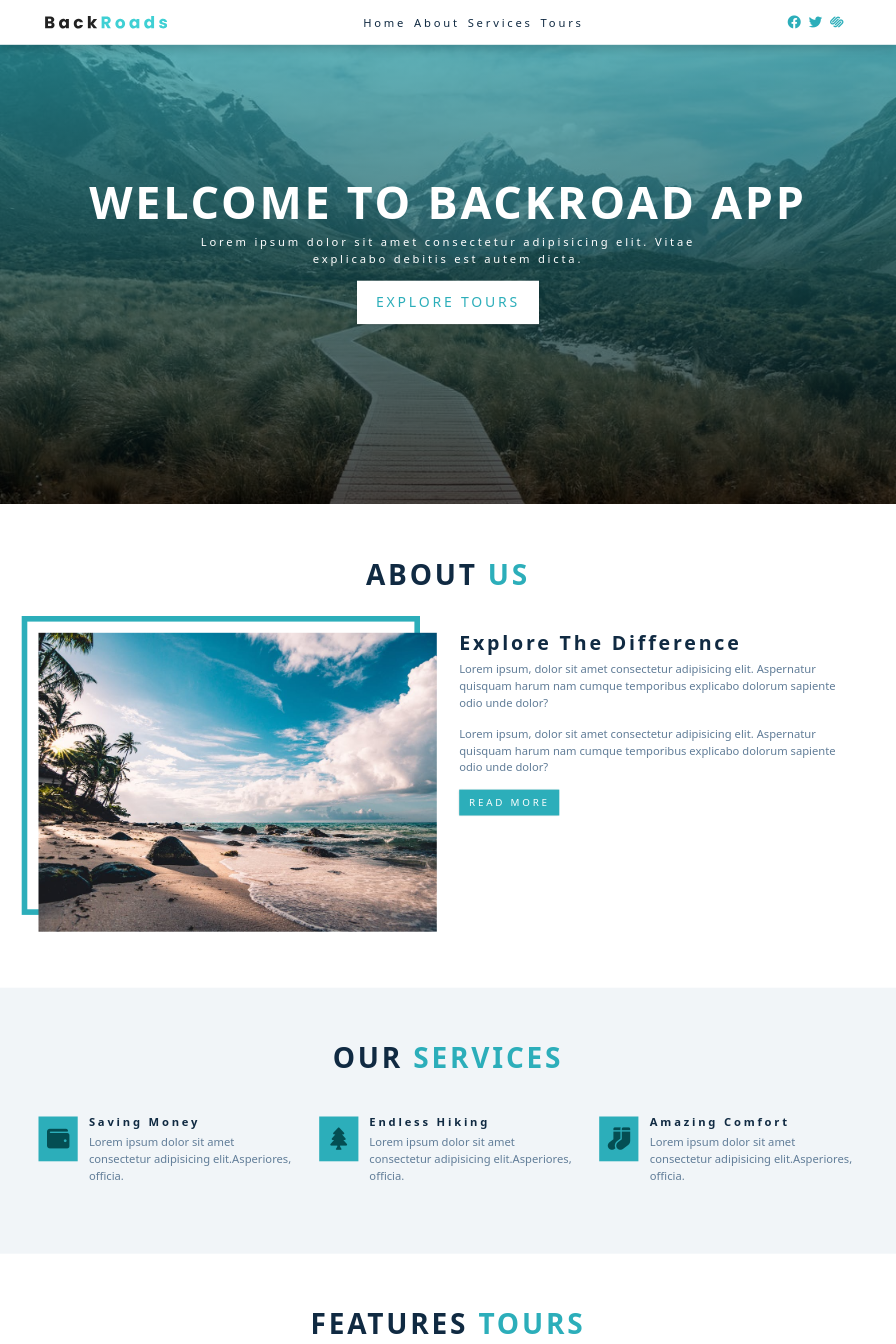
Repository: shivyank121/backRoad-app
Page: /
The author's editor kept a copy of each file at every save. The page is drawn from the files as they stood at one save, then again after the next save.
The browser window is 1280 px wide. The pictures show the part of the page from y = 0 to 1920 px (the page is 3363 px tall), at 70% of full size.
Some web libraries are served in a nearby version. The project was rebuilt for these pictures with package versions that can differ from the ones it lists, and the page was loaded fresh each time.

Above is the page before, as saved 2023-08-21 19:07:31.

### public/index.html
<!DOCTYPE html>
<html lang="en">
  <head>
    <meta charset="utf-8" />
    <link rel="icon" href="%PUBLIC_URL%/favicon.ico" />
    <meta name="viewport" content="width=device-width, initial-scale=1" />
    <meta name="theme-color" content="#000000" />
    <meta
      name="description"
      content="Web site created using create-react-app"
    />
    <link rel="apple-touch-icon" href="%PUBLIC_URL%/logo192.png" />
    <!--
      manifest.json provides metadata used when your web app is installed on a
      user's mobile device or desktop. See https://developers.google.com/web/fundamentals/web-app-manifest/
    -->
    <link rel="manifest" href="%PUBLIC_URL%/manifest.json" />
    <!--
      Notice the use of %PUBLIC_URL% in the tags above.
      It will be replaced with the URL of the `public` folder during the build.
      Only files inside the `public` folder can be referenced from the HTML.

      Unlike "/favicon.ico" or "favicon.ico", "%PUBLIC_URL%/favicon.ico" will
      work correctly both with client-side routing and a non-root public URL.
      Learn how to configure a non-root public URL by running `npm run build`.
    -->

    <link
    rel="stylesheet"
    href="https://cdnjs.cloudflare.com/ajax/libs/font-awesome/5.12.0/css/all.min.css"
    integrity="sha512-c93ifPoTvMdEJH/rKIcBx//AL1znq9+4/RmMGafI/vnTFe/dKwnn1uoeszE2zJBQTS1Ck5CqSBE+34ng2PthJg=="
    crossorigin="anonymous"
    referrerpolicy="no-referrer"
  />

    <title>Backroad </title>
  </head>
  <body>
    <noscript>You need to enable JavaScript to run this app.</noscript>
    <div id="root"></div>
    <!--
      This HTML file is a template.
      If you open it directly in the browser, you will see an empty page.

      You can add webfonts, meta tags, or analytics to this file.
      The build step will place the bundled scripts into the <body> tag.

      To begin the development, run `npm start` or `yarn start`.
      To create a production bundle, use `npm run build` or `yarn build`.
    -->
  </body>
</html>

### src/App.js
import { About } from "./components/About";
import { Footer } from "./components/Footer";
import { Hero } from "./components/Hero";
import { Navbar } from "./components/Navbar";
import { Services } from "./components/Services";
import { Tours } from "./components/Tours";

function App() {
  return (
    <>
      <Navbar />
      <Hero />
      <About />
      <Services />
      <Tours />
      <Footer />
    </>
  );
}

export default App;

### src/components/About.js
import React from 'react'
import aboutImg from "../images/about.jpeg"
import Title from './Title'

export const About = () => {
  return (

    <section className="section" id="about">

        <Title title='about' subtitle='us' />

      <div className="section-center about-center">
        <div className="about-img">
          <img
            src={aboutImg}
            className="about-photo"
            alt="awesome beach"
          />
        </div>
        <article className="about-info">
          <h3>explore the difference</h3>
          <p>
            Lorem ipsum, dolor sit amet consectetur adipisicing elit. Aspernatur
            quisquam harum nam cumque temporibus explicabo dolorum sapiente odio
            unde dolor?
          </p>
          <p>
            Lorem ipsum, dolor sit amet consectetur adipisicing elit. Aspernatur
            quisquam harum nam cumque temporibus explicabo dolorum sapiente odio
            unde dolor?
          </p>
          <a href="#to" className="btn"  >read more</a>
        </article>
      </div>
    </section>
  )
}

### src/components/Footer.js
import React from "react";
import { pageLinks, socialLinks } from "../data";
import Sociallinks from "./Sociallinks";
import Navlinks from "./Navlinks";

export const Footer = () => {
  return (
    <footer className="section footer">

        <Navlinks parentClass="footer-links"  itemClass="footer-link" />

      <ul className="footer-icons">
        {socialLinks.map((link) => {
          return (
            <Sociallinks key={link.id} {...link} itemClass="footer-icon" />
          );
        })}
      </ul>
      <p className="copyright">
        copyright &copy; Backroads App tours company 2023
        <span id="date"></span> all rights reserved
      </p>
    </footer>
  );
};

### src/components/Hero.js
import React from 'react'

export const Hero = () => {
  return (
    <section className="hero" id="home">
      <div className="hero-banner">
        <h1>Welcome to Backroad App</h1>
        <p>
          Lorem ipsum dolor sit amet consectetur adipisicing elit. Vitae
          explicabo debitis est autem dicta.
        </p>
        <a href="#tours" className="btn hero-btn">explore tours</a>
      </div>
    </section>

  )
}

### src/components/Navbar.js
import React from "react";
import logo from "../images/logo.svg";
import {  socialLinks } from "../data";
import Sociallinks from "./Sociallinks";
import Navlinks from "./Navlinks";

export const Navbar = () => {
  return (
    <nav className="navbar">
      <div className="nav-center">
        <div className="nav-header">
          <img src={logo} className="nav-logo" alt="backroads" />
          <button type="button" className="nav-toggle" id="nav-toggle">
            <i className="fas fa-bars"></i>
          </button>
        </div>
        {/* <!-- left this comment on purpose --> */}
          <Navlinks parentClass="nav-links" itemClass="nav-link" />

        <ul className="nav-icons">
          {socialLinks.map((link) => {
            return <Sociallinks key={link.id} {...link} itemClass="nav-icon" />;
          })}
        </ul>
      </div>
    </nav>
  );
};

### src/components/Services.js
import React from "react";
import Title from "./Title";
import { services } from "../data.js";
import Service from "./Service";

export const Services = () => {
  return (
    <section className="section services" id="services">
      <div className="section-title">
        <Title title="Our" subtitle="services" />
      </div>
      <div className="section-center services-center">
        {services.map((service) => {
          return <Service key={service.id} {...service} />;
        })}
      </div>
    </section>
  );
};

### src/components/Tours.js
import React from 'react'
import Title from './Title'
import { tours } from '../data'
import Tour from './Tour'

export const Tours = () => {
  return (
    <section className="section" id="tours">
    <div className="section-title">
    <Title title='Features' subtitle='tours' />
    </div>

    <div className="section-center featured-center">

      {tours.map((tour)=>{

      return(
       <Tour key={tour.id} {...tour} />
      )
      })}


    </div>
  </section>
  )
}

### src/components/Title.js
import React from 'react'

const Title = ({title, subtitle}) => {
  return (
    <div className="section-title">
        <h2>{title} <span>{subtitle}</span></h2>
      </div>
  )
}

export default Title

### src/data.js
import tour1 from './images/tour-1.jpeg'
import tour2 from './images/tour-2.jpeg'
import tour3 from './images/tour-3.jpeg'
import tour4 from './images/tour-4.jpeg'
import tour5 from './images/tour-5.jpeg'
import tour6 from './images/tour-6.jpeg'




export const pageLinks = [
  { id: 1, href: "#home", text: "home" },
  { id: 2, href: "#about", text: "about" },
  { id: 3, href: "#services", text: "services" },
  { id: 4, href: "#tours", text: "tours" },
];

export const socialLinks = [
  { id: 1, href: "https://www.twitter.com", icon: "fab fa-facebook" },
  { id: 2, href: "https://www.twitter.com", icon: "fab fa-twitter" },
  { id: 3, href: "https://www.twitter.com", icon: "fab fa-squarespace" },
];

export const services = [
  {
    id: 1,
    icon: "fas fa-wallet fa-fw",
    title: "saving money",
    text: "  Lorem ipsum dolor sit amet consectetur adipisicing elit.Asperiores, officia.",
  },
  {
    id: 2,
    icon: "fas fa-tree fa-fw",
    title: "endless hiking",
    text: "  Lorem ipsum dolor sit amet consectetur adipisicing elit.Asperiores, officia.",
  },
  {
    id: 3,
    icon: "fas fa-socks fa-fw",
    title: "amazing comfort",
    text: "  Lorem ipsum dolor sit amet consectetur adipisicing elit.Asperiores, officia.",
  },

];

export const tours = [
{
    id:1,
    img:tour1,
    date:'august 26th, 2020',
    title:'Tibet Adventure',
    info:'  Lorem ipsum dolor sit amet, consectetur adipisicing elit. Cumquevitae tempore voluptatum maxime reprehenderit eum quodexercitationem fugit, qui corporis.',
    location:'china',
    duration:'6 days',
    price:'from $2100',

},
{
    id:2,
    img:tour2,
    date:'october 1th, 2020',
    title:'best of java',
    info:'  Lorem ipsum dolor sit amet, consectetur adipisicing elit. Cumquevitae tempore voluptatum maxime reprehenderit eum quodexercitationem fugit, qui corporis.',
    location:'indonesia',
    duration:'11 days',
    price:'from $1400',

},
{
    id:3,
    img:tour3,
    date:'september 15th, 2020',
    title:' explore hong kong',
    info:'  Lorem ipsum dolor sit amet, consectetur adipisicing elit. Cumquevitae tempore voluptatum maxime reprehenderit eum quodexercitationem fugit, qui corporis.',
    location:' hong kong',
    duration:'8 days',
    price:'from $5100',

},
{
    id:4,
    img:tour4,
    date:'december 5th, 2019',
    title:'kenya highlights',
    info:'  Lorem ipsum dolor sit amet, consectetur adipisicing elit. Cumquevitae tempore voluptatum maxime reprehenderit eum quodexercitationem fugit, qui corporis.',
    location:'kenya',
    duration:'20 days',
    price:'from $3100',

},
{
    id:5,
    img:tour5,
    date:'May 26th, 2021',
    title:'Africa Wild life',
    info:'  Lorem ipsum dolor sit amet, consectetur adipisicing elit. Cumquevitae tempore voluptatum maxime reprehenderit eum quodexercitationem fugit, qui corporis.',
    location:'Africa',
    duration:'4 days',
    price:'from $1200',

},
{
    id:6,
    img:tour6,
    date:'july 26th, 2021',
    title:'Indian Heritage',
    info:'  Lorem ipsum dolor sit amet, consectetur adipisicing elit. Cumquevitae tempore voluptatum maxime reprehenderit eum quodexercitationem fugit, qui corporis.',
    location:'India',
    duration:'8 days',
    price:'from $1500',

}

]

### src/components/Sociallinks.js
import React from 'react'

const Sociallinks = ({href, icon, itemClass}) => {
  return (
    <li>
    <a
      href={href}
      target="_blank"
      rel="noreferrer"
      className={itemClass}
    >
      <i className={icon}></i>
    </a>
  </li>
  )
}

export default Sociallinks

### src/components/Navlinks.js
import React from "react";
import { pageLinks } from "../data";


const Navlinks = ({parentClass, itemClass}) => {
  return (
    <ul className={parentClass} id="nav-links">
    {pageLinks.map((link) => {
      return (
        <li key={link.id}>
          <a href={link.href} className={itemClass}>
            {link.text}
          </a>
        </li>
      );
    })}
  </ul>
  );
};

export default Navlinks;

### src/components/Service.js
import React from 'react'

const Service = ({ icon, title, text}) => {
  return (
    <article className="service" >
    <span className="service-icon"><i className={icon}></i></span>
    <div className="service-info">
      <h4 className="service-title">{title}</h4>
      <p className="service-text">
        {text}
      </p>
    </div>
  </article>
  )
}

export default Service

### src/components/Tour.js
import React from 'react'

const Tour = ({id, img, date,title,info, location,duration,price}) => {
  return (
    <article className="tour-card" key={id}>
    <div className="tour-img-container">
      <img src={img} className="tour-img" alt="" />
      <p className="tour-date">{date}</p>
    </div>
    <div className="tour-info">
      <div className="tour-title">
        <h4>{title}</h4>
      </div>
      <p>
        {info}
      </p>
      <div className="tour-footer">
        <p>
          <span><i className="fas fa-map"></i></span> {location}
        </p>
        <p>{duration}</p>
        <p>{price}</p>
      </div>
    </div>
  </article>
  )
}

export default Tour

### src/components/PageLinks.js
import React from 'react'

const PageLinks = ({href,text}) => {
  return (
    <div>
       <li>
          <a href={href} >
            {text}
          </a>
        </li>
    </div>
  )
}

export default PageLinks

Loaded but not shown: src/index.js (common file); src/index.css (common file)

After the next save:
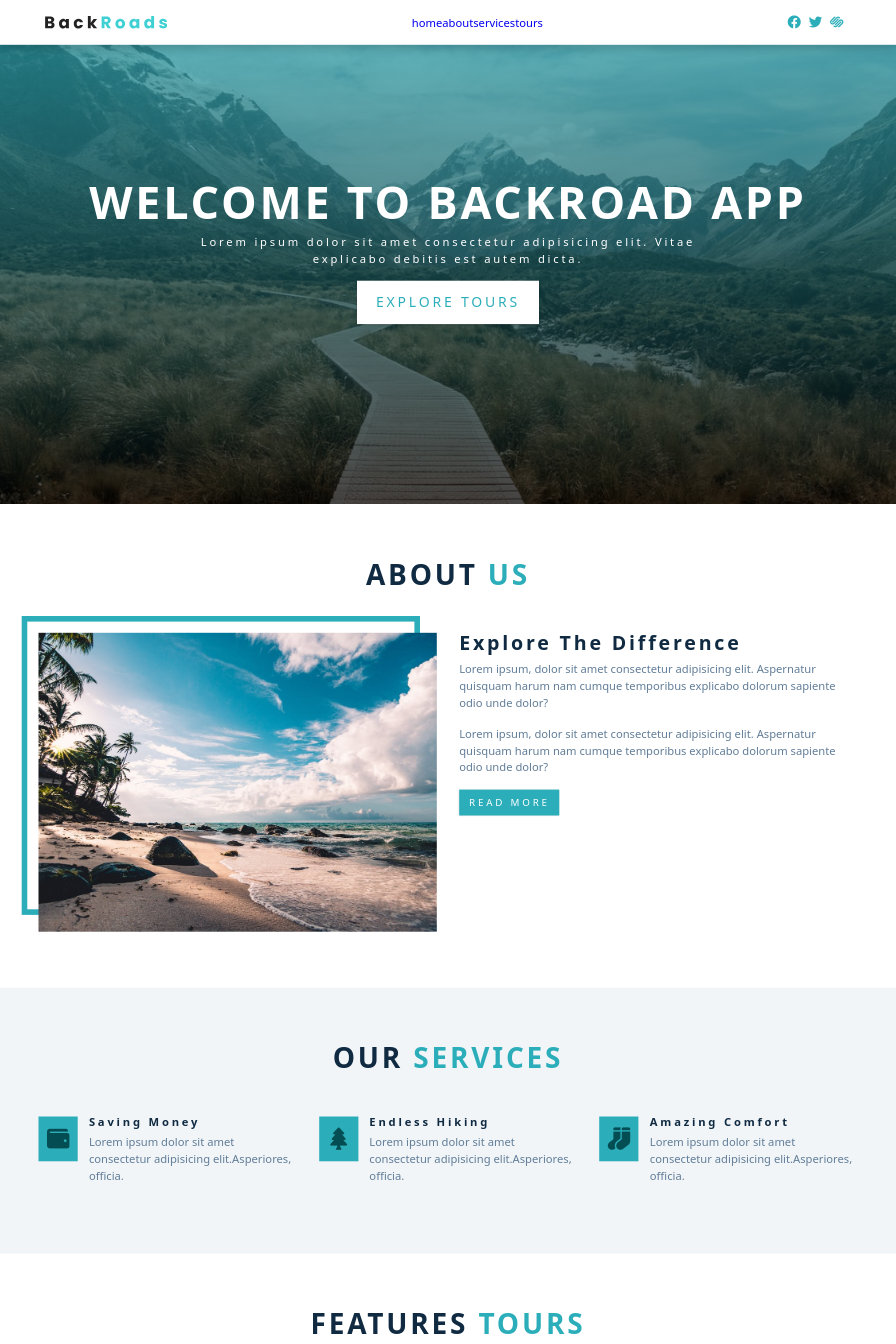
Saved 32 s later.
--- a/src/components/Navlinks.js
+++ b/src/components/Navlinks.js
@@ -1,5 +1,6 @@
 import React from "react";
 import { pageLinks } from "../data";
+import PageLinks from "./PageLinks";
 
 
 const Navlinks = ({parentClass, itemClass}) => {
@@ -7,11 +8,7 @@
     <ul className={parentClass} id="nav-links">
     {pageLinks.map((link) => {
       return (
-        <li key={link.id}>
-          <a href={link.href} className={itemClass}>
-            {link.text}
-          </a>
-        </li>
+       <PageLinks key={link.id} {...link} itemClass={itemClass} />
       );
     })}
   </ul>

After the 2 saves that followed:
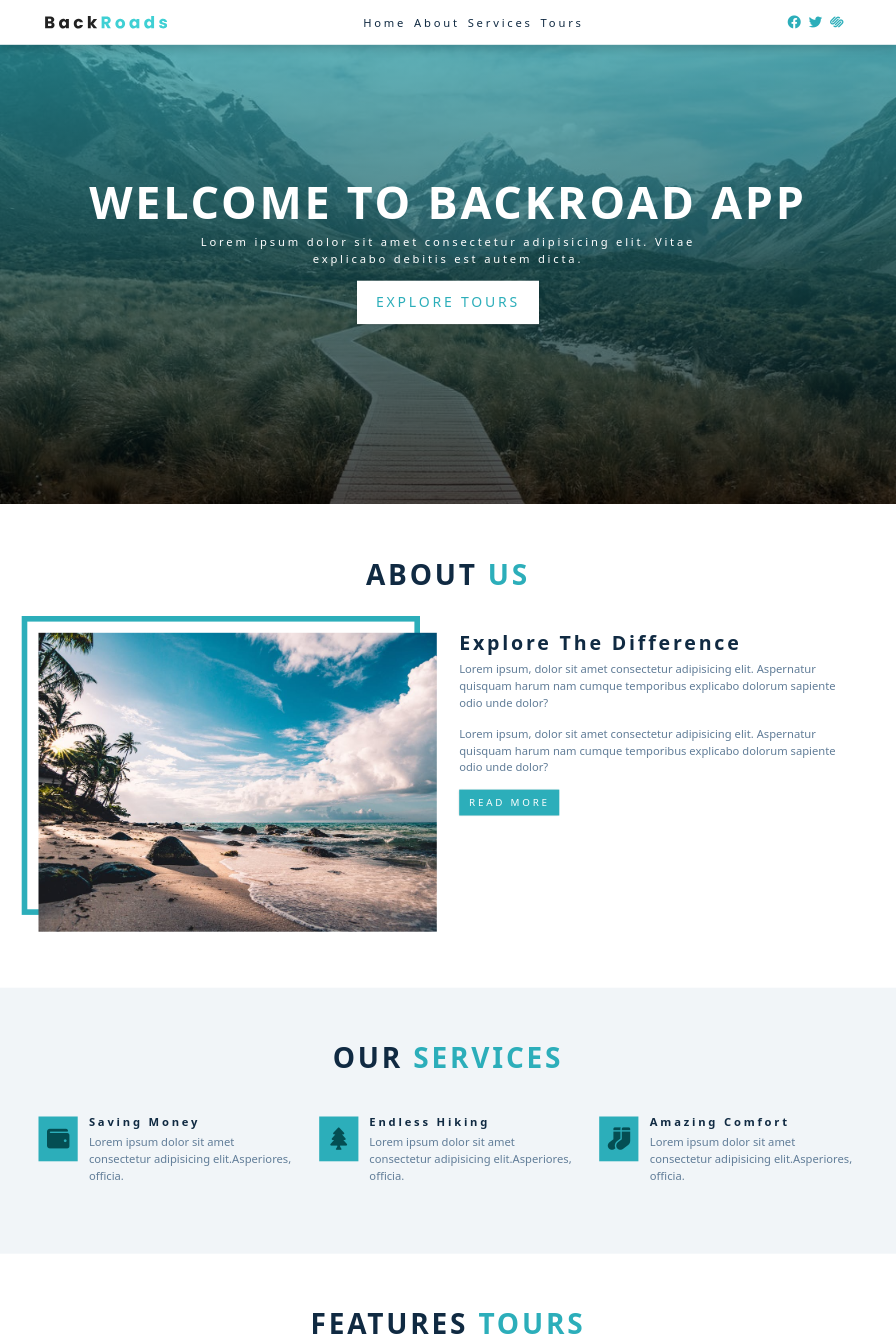
The 2 saves are shown as one change because 1 did not build or start.
The last was saved 4 min 28 s later.
--- a/src/components/Navlinks.js
+++ b/src/components/Navlinks.js
@@ -8,7 +8,7 @@
     <ul className={parentClass} id="nav-links">
     {pageLinks.map((link) => {
       return (
-       <PageLinks key={link.id} {...link} itemClass={itemClass} />
+       <PageLinks key={link.id} link={link} itemClass={itemClass} />
       );
     })}
   </ul>
--- a/src/components/PageLinks.js
+++ b/src/components/PageLinks.js
@@ -1,11 +1,11 @@
 import React from 'react'
 
-const PageLinks = ({href,text}) => {
+const PageLinks = ({link, itemClass}) => {
   return (
     <div>
        <li>
-          <a href={href} >
-            {text}
+          <a href={link.href} className={itemClass}>
+            {link.text}
           </a>
         </li>
     </div>
